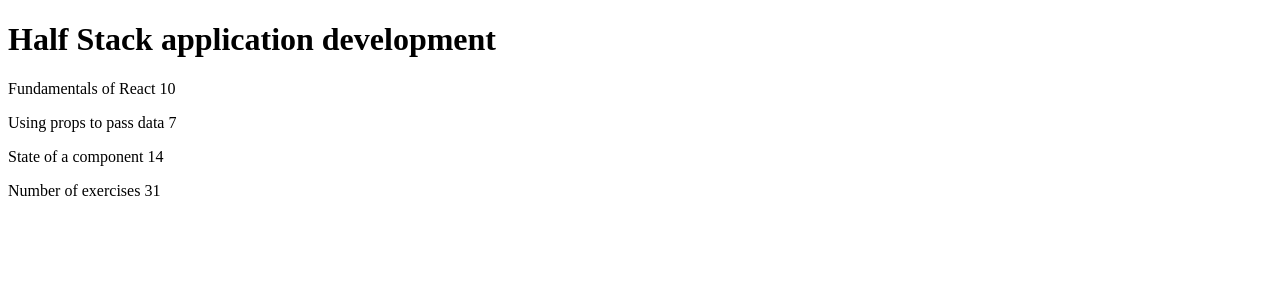
Repository: LordThiouk/part1
Page: /
These files come from the project's save history. The page is drawn as it stood at one moment and after the next save; the edit follows.
The browser window is 1280 px wide. The pictures show the whole page.
The project was rebuilt for these pictures with package versions that can differ from the ones it lists, and the page was loaded fresh each time. Also part of the build but not shown: vite.config.js.

Above is the page before, as saved 2023-09-15 03:40:16.

After the next save:
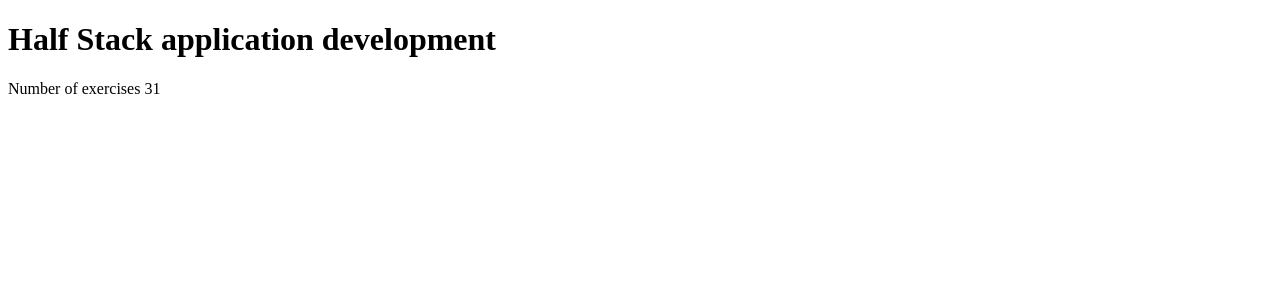
Saved 15 s later.
--- a/src/App.jsx
+++ b/src/App.jsx
@@ -76,12 +76,6 @@
 
       <Header course={course} />
       <Content
-        part1={part1}
-        exercises1={exercises1}
-        part2={part2}
-        exercises2={exercises2}
-        part3={part3}
-        exercises3={exercises3}
       />
 
       <Total total={total}/>

After the save that followed:
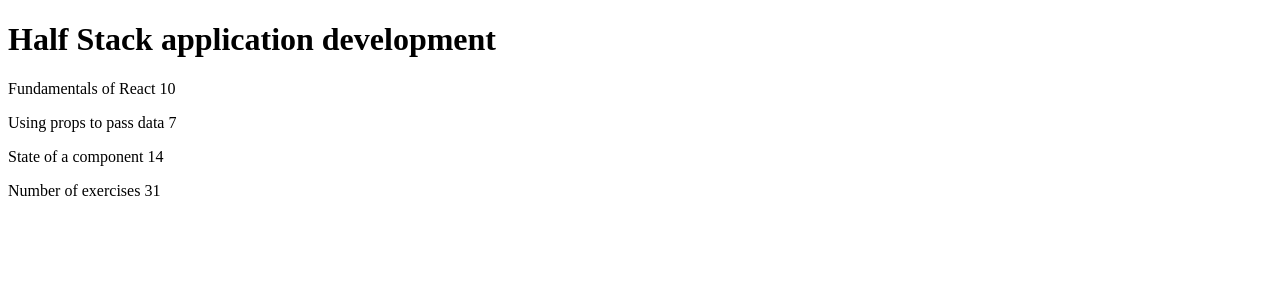
Saved 8 s later.
--- a/src/App.jsx
+++ b/src/App.jsx
@@ -76,6 +76,12 @@
 
       <Header course={course} />
       <Content
+        part1={part1}
+        exercises1={exercises1}
+        part2={part2}
+        exercises2={exercises2}
+        part3={part3}
+        exercises3={exercises3}
       />
 
       <Total total={total}/>
